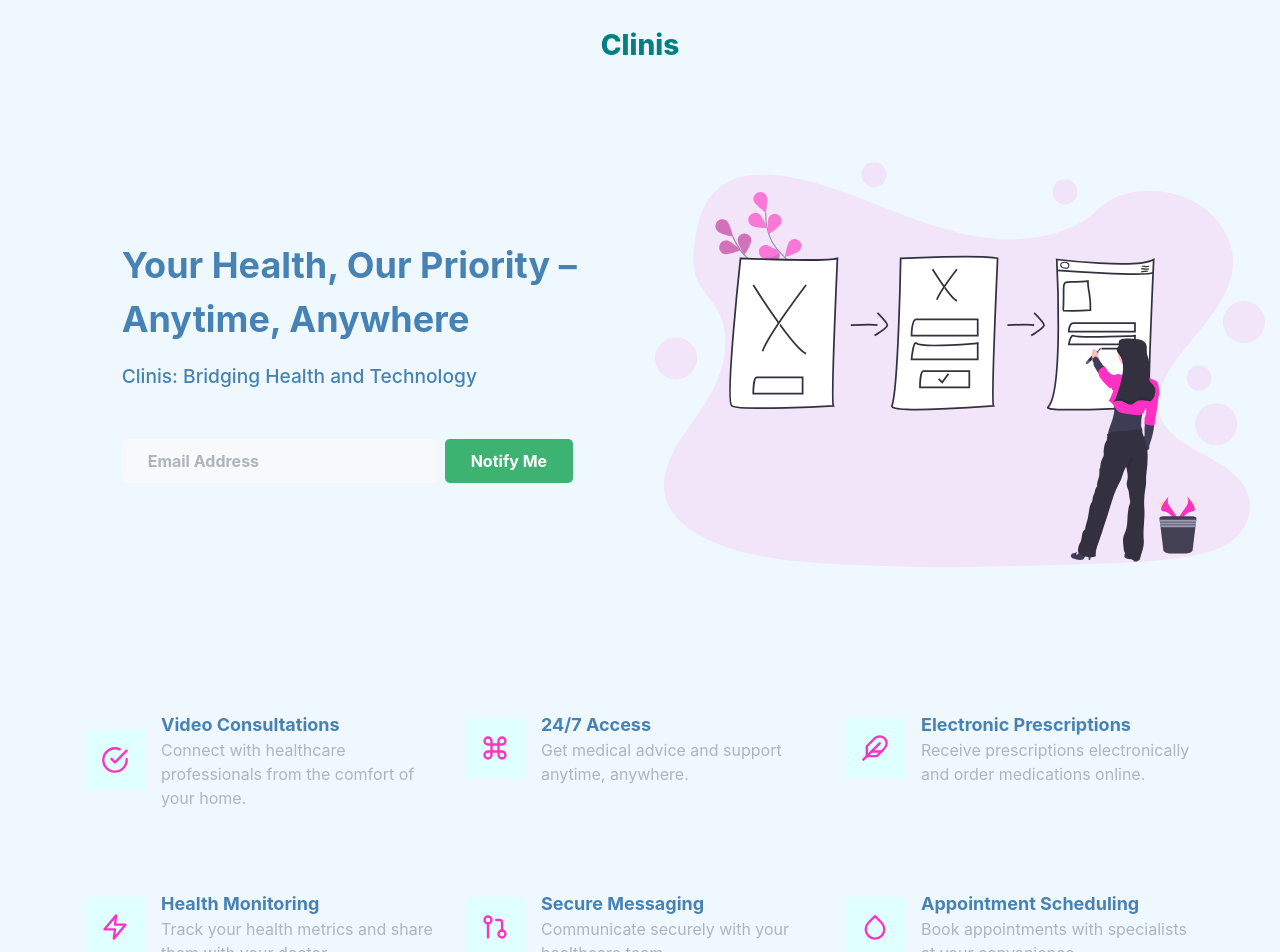
Repository: Rupak09/demo1
Page: index.html
These files come from the project's save history. The page is drawn as it stood at one moment and after the next save; the edit follows.
The browser window is 1280 px wide. The pictures show the part of the page from y = 0 to 952 px (the page is 2819 px tall before and 3025 px after).
A picture or video elsewhere on the page could not be fetched, so the positions and the page height are approximate. Some web fonts or font styles are not loaded; a fallback is used. Some web libraries are served in a nearby version.

Above is the page before, as saved 2024-12-28 12:06:33.

After the next save:
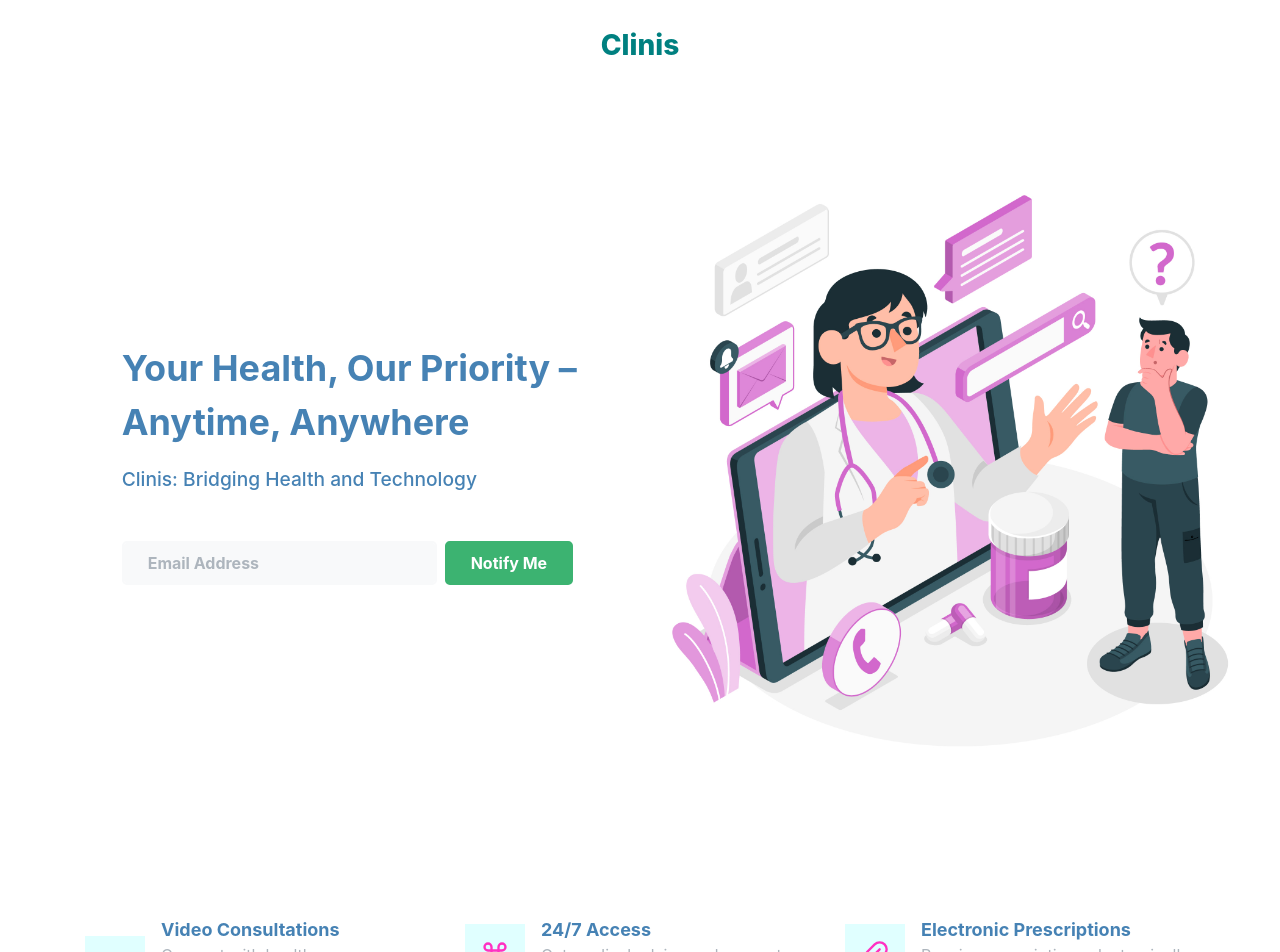
Saved 8 min 16 s later.
--- a/index.html
+++ b/index.html
@@ -14,7 +14,7 @@
     <link rel="stylesheet" href="css/bootstrap.css">
     <style>
         body {
-            background-color: #f0f8ff; /* Alice Blue */
+            background-color: #ffffff; /* Alice Blue */
             color: #2f4f4f; /* Dark Slate Gray */
         }
         .heading-brand {
@@ -74,7 +74,7 @@
                 </form>
             </div>
             <div class="col-md-6 my-md-auto pb-5 pb-md-0 order-1 order-md-2">
-                <img alt="Mockup" class="img-fluid d-block mx-auto" src="img/mockup.svg"/>
+                <img alt="Mockup" class="img-fluid d-block mx-auto" src="img/mockup.jpg"/>
             </div>
         </div>
     </div>
